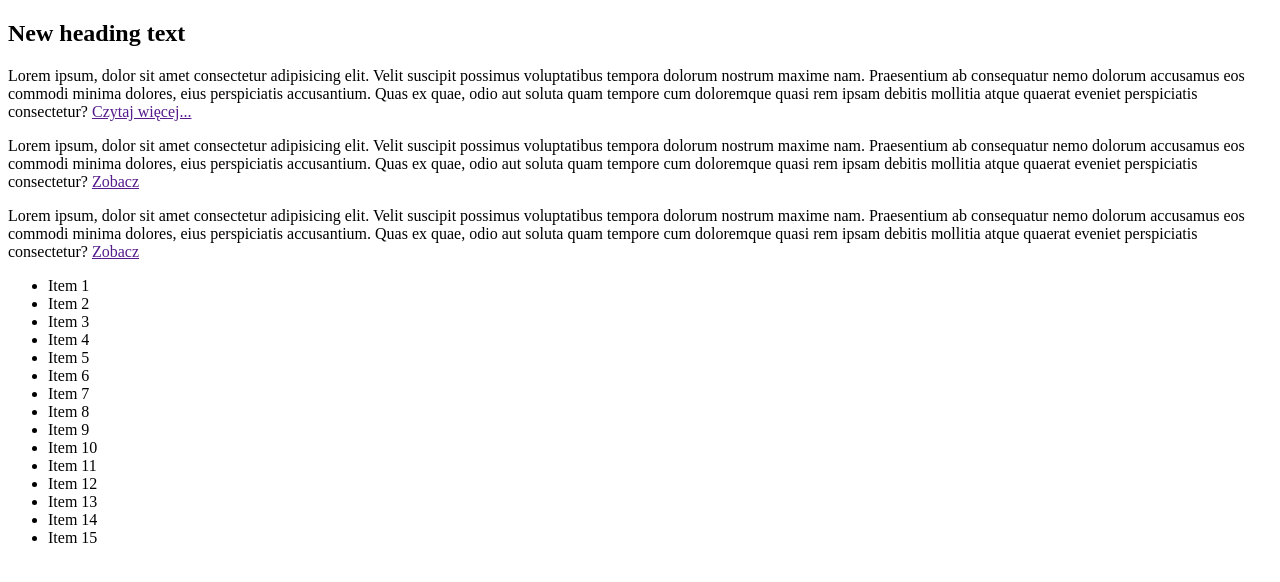
Repository: magdaf41/jQuery
Page: zadanie 3/index.html
An editor plug-in stored every save of this project. The page is shown before and after the next save, followed by the edit.
The browser window is 1280 px wide. The pictures show the whole page.

Above is the page before, as saved 2020-09-08 21:54:37.

### zadanie 3/index.html
<!DOCTYPE html>
<html>

<head>
    <meta charset=utf-8 />
    <title>Return first and last name from a form - w3resource</title>
</head>

<body>
    <section id="about">
        <h2>Section Title</h2>
        <p class="content">Lorem ipsum, dolor sit amet consectetur adipisicing
        elit. Velit suscipit possimus voluptatibus tempora dolorum nostrum
        maxime nam. Praesentium ab consequatur nemo dolorum accusamus eos
        commodi minima dolores, eius perspiciatis accusantium. Quas ex quae,
        odio aut soluta quam tempore cum doloremque quasi rem ipsam debitis
        mollitia atque quaerat eveniet perspiciatis consectetur?
        <a href="" title="Read more">Czytaj więcej...</a></p>
        <p class="content">Lorem ipsum, dolor sit amet consectetur adipisicing
        elit. Velit suscipit possimus voluptatibus tempora dolorum nostrum
        maxime nam. Praesentium ab consequatur nemo dolorum accusamus eos
        commodi minima dolores, eius perspiciatis accusantium. Quas ex quae,
        odio aut soluta quam tempore cum doloremque quasi rem ipsam debitis
        mollitia atque quaerat eveniet perspiciatis consectetur?
        <a href="" title="See more">Zobacz</a></p>
        <p class="description">Lorem ipsum, dolor sit amet consectetur adipisicing
        elit. Velit suscipit possimus voluptatibus tempora dolorum nostrum
        maxime nam. Praesentium ab consequatur nemo dolorum accusamus eos
        commodi minima dolores, eius perspiciatis accusantium. Quas ex quae,
        odio aut soluta quam tempore cum doloremque quasi rem ipsam debitis
        mollitia atque quaerat eveniet perspiciatis consectetur?
        <a href="" title="See more">Zobacz</a></p>
        <ul>
             <li class="list-item">Item 1</li>
             <li class="list-item">Item 2</li>
             <li class="list-item">Item 3</li>
             <li class="list-item">Item 4</li>
             <li class="list-item">Item 5</li>
             <li class="list-item">Item 6</li>
             <li class="list-item">Item 7</li>
             <li class="list-item">Item 8</li>
             <li class="list-item">Item 9</li>
             <li class="list-item">Item 10</li>
             <li class="list-item">Item 11</li>
             <li class="list-item">Item 12</li>
             <li class="list-item">Item 13</li>
             <li class="list-item">Item 14</li>
             <li class="list-item">Item 15</li>
        </ul>
   </section>

    <!-- Biblioteka jQuery -->
    <script src="js/jquery-3.5.1.min.js"></script>
    <!--Custom script  -->
    <script src="js/main.js"></script>
</body>

</html>

### zadanie 3/js/main.js
$(document).ready(function () {

    let headingText = $('h2').text();
    console.log(headingText);

    let parContent = $('p').eq(0).text();
    console.log(parContent);

    $('h2').text('New heading text');
});

Loaded but not shown: zadanie 3/js/jquery-3.5.1.min.js (library)

After the next save:
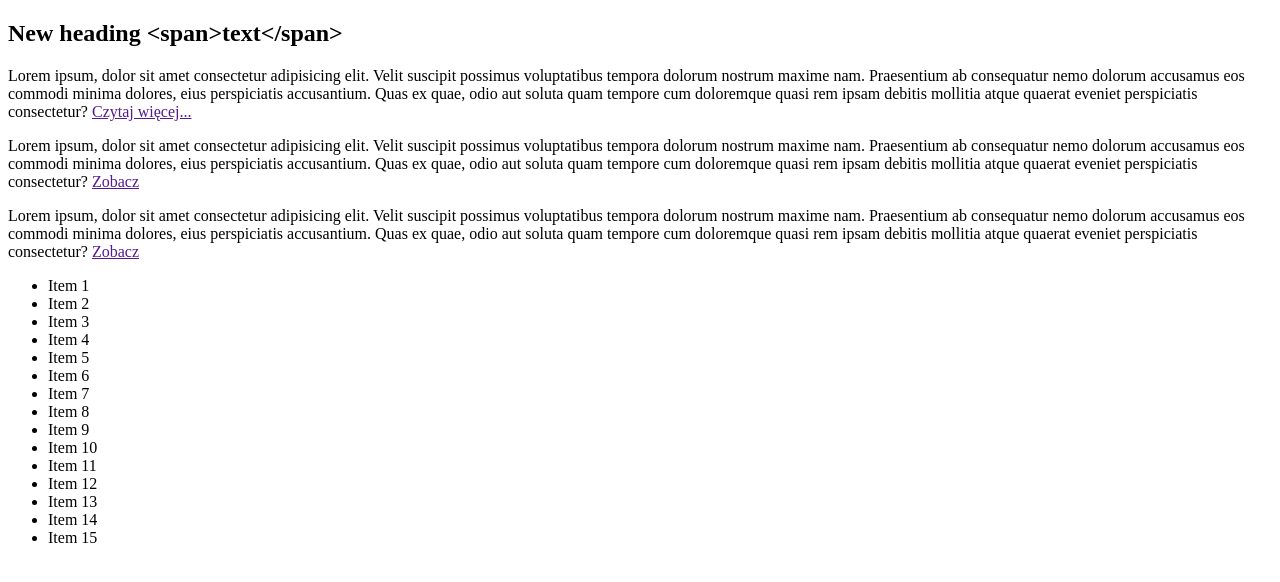
Saved 33 s later.
--- a/zadanie 3/js/main.js
+++ b/zadanie 3/js/main.js
@@ -6,5 +6,5 @@ $(document).ready(function () {
     let parContent = $('p').eq(0).text();
     console.log(parContent);
 
-    $('h2').text('New heading text');
+    $('h2').text('New heading <span>text</span> ');
 });
